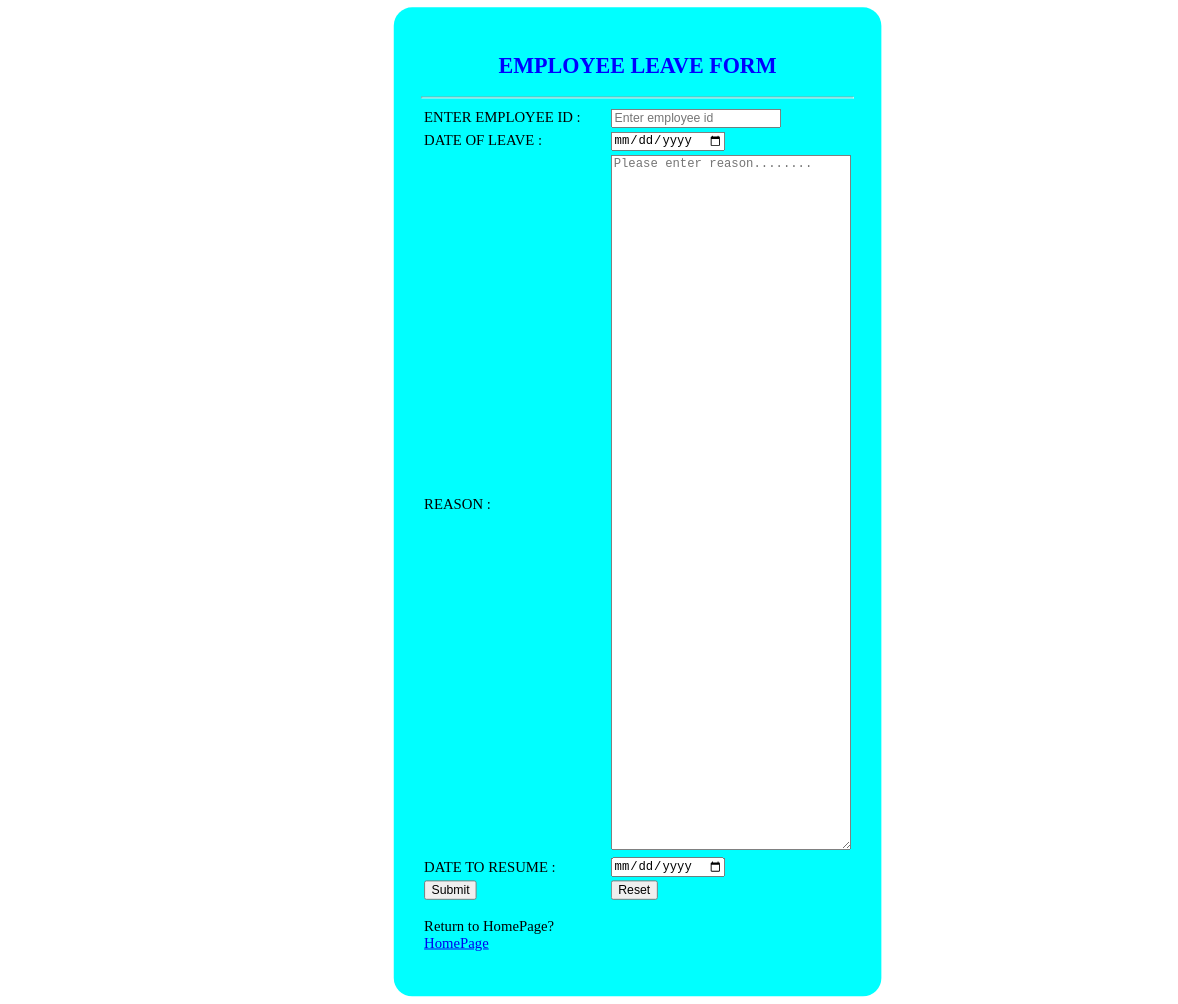
Repository: Catalyst-OTU/Java_Works
Page: jspSession2/WebContent/applyleave.html
The author's editor kept a copy of each file at every save. The page is drawn from the files as they stood at one save, then again after the next save.
The browser window is 1280 px wide. The pictures show the whole page, at 92% of full size.

Above is the page before, as saved 2021-01-28 21:29:43.

After the next save:
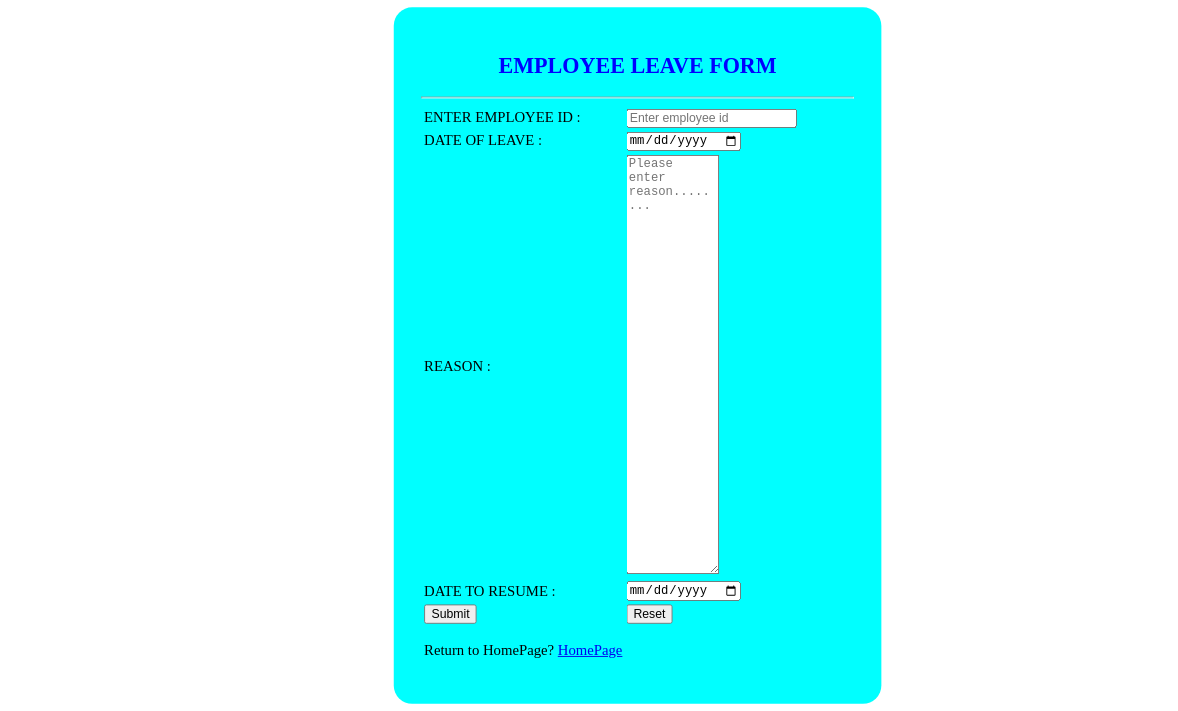
Saved 26 s later.
--- a/jspSession2/WebContent/applyleave.html
+++ b/jspSession2/WebContent/applyleave.html
@@ -45,7 +45,7 @@
 
 			<tr>
 				<td>REASON :</td>
-				<td><textarea type="text" name="reason" cols="30" rows="50" placeholder="Please enter reason........"></textarea></td>
+				<td><textarea type="text" name="reason" cols="10" rows="30" placeholder="Please enter reason........"></textarea></td>
 			</tr>
 
 			<tr>
